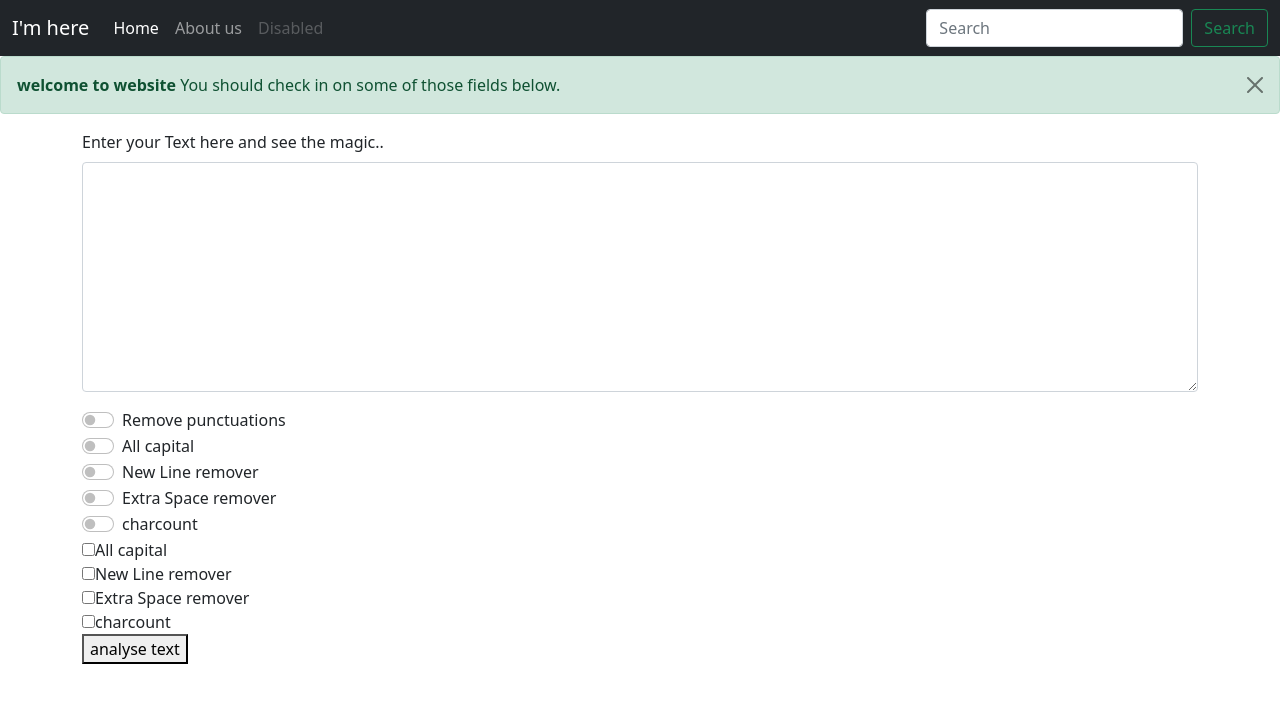
Repository: ritikalohia/Django-beginners-
Page: textutiles/templates/index.html
The author's editor kept a copy of each file at every save. The page is drawn from the files as they stood at one save, then again after the next save.
The browser window is 1280 px wide. The pictures show the whole page.

Above is the page before, as saved 2021-05-22 20:10:13.

### textutiles/templates/index.html
<!doctype html>
<html lang="en">
  <head>
    <!-- Required meta tags -->
    <meta charset="utf-8">
    <meta name="viewport" content="width=device-width, initial-scale=1">

    <!-- Bootstrap CSS -->
    <link href="https://cdn.jsdelivr.net/npm/bootstrap@5.0.1/dist/css/bootstrap.min.css" rel="stylesheet" integrity="sha384-+0n0xVW2eSR5OomGNYDnhzAbDsOXxcvSN1TPprVMTNDbiYZCxYbOOl7+AMvyTG2x" crossorigin="anonymous">

    <title>i'mhere</title>
    </head>
    <body>

    <nav class="navbar navbar-expand-lg navbar-dark bg-dark">
    <div class="container-fluid">
    <button class="navbar-toggler" type="button" data-bs-toggle="collapse" data-bs-target="#navbarTogglerDemo01" aria-controls="navbarTogglerDemo01" aria-expanded="false" aria-label="Toggle navigation">
      <span class="navbar-toggler-icon"></span>
    </button>
    <div class="collapse navbar-collapse" id="navbarTogglerDemo01">
      <a class="navbar-brand" href="#">I'm here</a>
      <ul class="navbar-nav me-auto mb-2 mb-lg-0">
        <li class="nav-item">
          <a class="nav-link active" aria-current="page" href="#">Home</a>
        </li>
        <li class="nav-item">
          <a class="nav-link" href="#">About us</a>
        </li>
        <li class="nav-item">
          <a class="nav-link disabled" href="#" tabindex="-1" aria-disabled="true">Disabled</a>
        </li>
      </ul>
      <form class="d-flex">
        <input class="form-control me-2" type="search" placeholder="Search" aria-label="Search">
        <button class="btn btn-outline-success" type="submit">Search</button>
      </form>
    </div>
    </div>
    </nav>

    <div class="alert alert-success alert-dismissible fade show" role="alert">
        <strong>welcome to website</strong> You should check in on some of those fields below.
        <button type="button" class="btn-close" data-bs-dismiss="alert" aria-label="Close"></button>
    </div>


    <div class="container">
        <div class="mb-3">
            <label for="exampleFormControlTextarea1" class="form-label">Enter your Text here and see the magic..</label>
            <textarea class="form-control" id="exampleFormControlTextarea1" rows="9"></textarea>
        </div>
        <div class="form-check form-switch">
            <input class="form-check-input" type="checkbox" name="removepunc" id="flexSwitchCheckDefault">
            <label class="form-check-label" for="flexSwitchCheckDefault">Remove punctuations</label>
        </div>
        <div class="form-check form-switch">
            <input class="form-check-input" type="checkbox" name="fullcaps" id="flexSwitchCheckDefault">
            <label class="form-check-label" for="flexSwitchCheckDefault">All capital</label>
        </div>
        <div class="form-check form-switch">
            <input class="form-check-input" type="checkbox" name="newlineremover" id="flexSwitchCheckDefault">
            <label class="form-check-label" for="flexSwitchCheckDefault">New Line remover</label>
        </div>
        <div class="form-check form-switch">
            <input class="form-check-input" type="checkbox" name="spaceremover" id="flexSwitchCheckDefault">
            <label class="form-check-label" for="flexSwitchCheckDefault">Extra Space remover</label>
        </div>
        <div class="form-check form-switch">
            <input class="form-check-input" type="checkbox" name="charcount" id="flexSwitchCheckDefault">
            <label class="form-check-label" for="flexSwitchCheckDefault">charcount</label>
        </div>
        <input type="checkbox" name="fullcaps">All capital<br>
        <input type="checkbox" name="newlineremover">New Line remover<br>
        <input type="checkbox" name="spaceremover">Extra Space remover<br>
        <input type="checkbox" name="charcount">charcount<br>
        <button type='submit'>analyse text</button>
    </div>

    <!-- Optional JavaScript; choose one of the two! -->

    <!-- Option 1: Bootstrap Bundle with Popper -->
    <script src="https://cdn.jsdelivr.net/npm/bootstrap@5.0.1/dist/js/bootstrap.bundle.min.js" integrity="sha384-gtEjrD/SeCtmISkJkNUaaKMoLD0//ElJ19smozuHV6z3Iehds+3Ulb9Bn9Plx0x4" crossorigin="anonymous"></script>

    <!-- Option 2: Separate Popper and Bootstrap JS -->
    <!--
    <script src="https://cdn.jsdelivr.net/npm/@popperjs/core@2.9.2/dist/umd/popper.min.js" integrity="sha384-IQsoLXl5PILFhosVNubq5LC7Qb9DXgDA9i+tQ8Zj3iwWAwPtgFTxbJ8NT4GN1R8p" crossorigin="anonymous"></script>
    <script src="https://cdn.jsdelivr.net/npm/bootstrap@5.0.1/dist/js/bootstrap.min.js" integrity="sha384-Atwg2Pkwv9vp0ygtn1JAojH0nYbwNJLPhwyoVbhoPwBhjQPR5VtM2+xf0Uwh9KtT" crossorigin="anonymous"></script>
    -->
  </body>
</html>

After the next save:
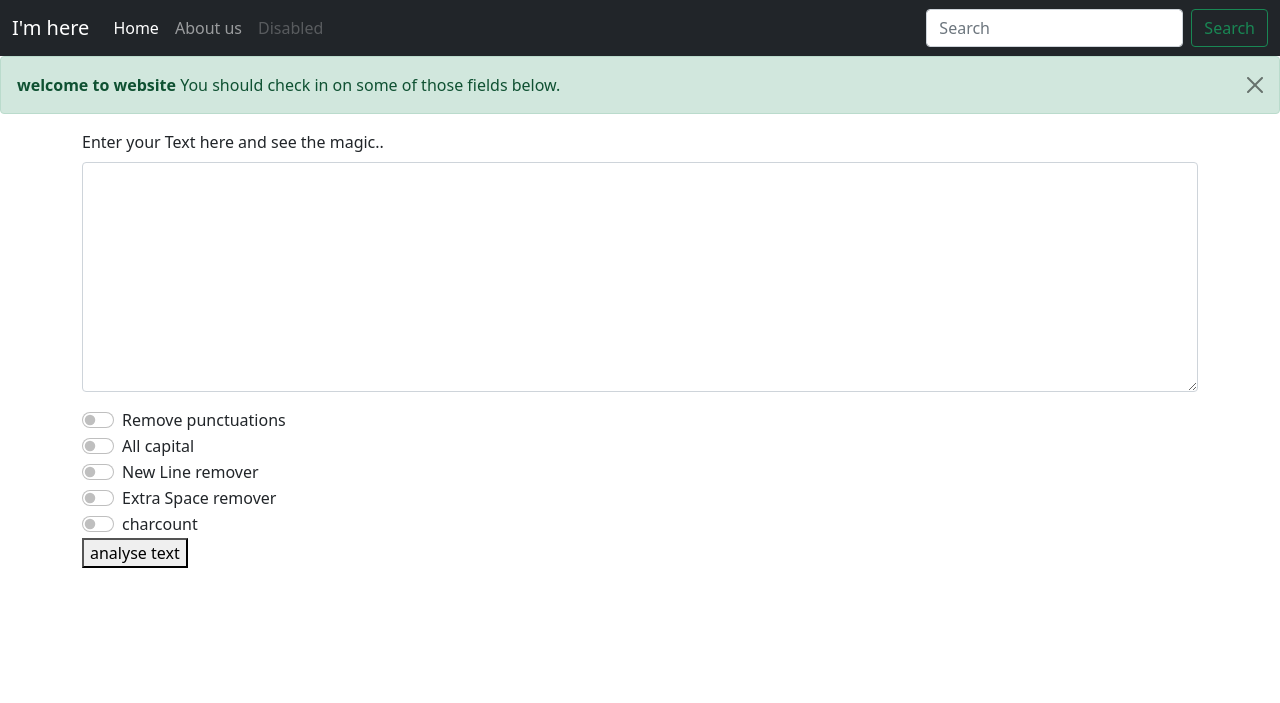
Saved 11 s later.
--- a/textutiles/templates/index.html
+++ b/textutiles/templates/index.html
@@ -69,10 +69,7 @@
             <input class="form-check-input" type="checkbox" name="charcount" id="flexSwitchCheckDefault">
             <label class="form-check-label" for="flexSwitchCheckDefault">charcount</label>
         </div>
-        <input type="checkbox" name="fullcaps">All capital<br>
-        <input type="checkbox" name="newlineremover">New Line remover<br>
-        <input type="checkbox" name="spaceremover">Extra Space remover<br>
-        <input type="checkbox" name="charcount">charcount<br>
+
         <button type='submit'>analyse text</button>
     </div>
 
